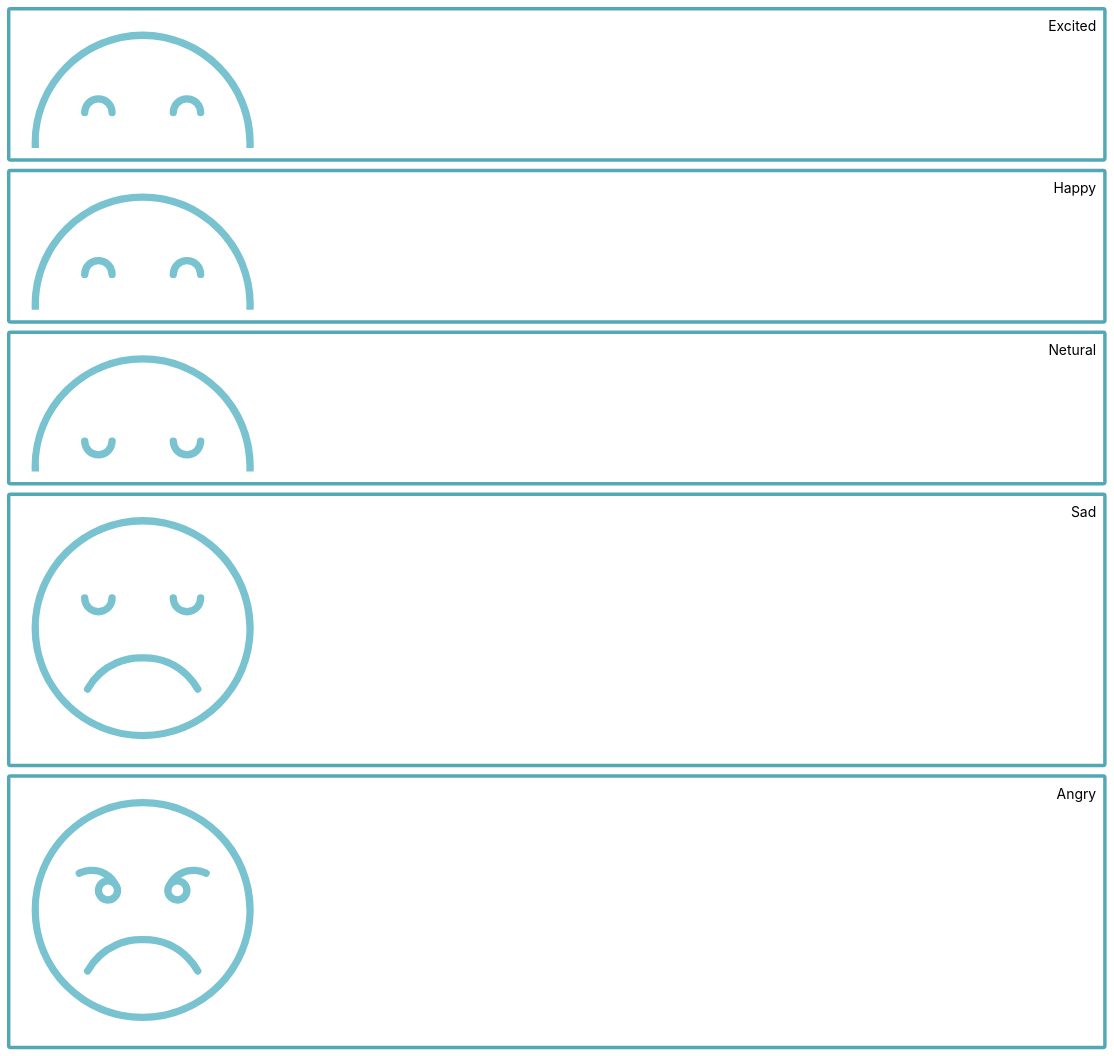
Repository: majakesin/moodify-app
Page: /
These files come from the project's save history. The page is drawn as it stood at one moment and after a run of saves; the edit follows.
The browser window is 1280 px wide. The pictures show the whole page, at 87% of full size.
The project was rebuilt for these pictures with package versions that can differ from the ones it lists, and the page was loaded fresh each time.

Above is the page before, as saved 2023-08-21 11:48:35.

### public/index.html
<!DOCTYPE html>
<html lang="en">
  <head>
    <meta charset="utf-8" />
    <link rel="icon" href="%PUBLIC_URL%/logo.svg" />
    <meta name="viewport" content="width=device-width, initial-scale=1" />
    <meta name="theme-color" content="#000000" />
    <meta
      name="description"
      content="Moodify -- App that gives yours ears the best music based on your mood"
    />
    <link rel="apple-touch-icon" href="%PUBLIC_URL%/logo.svg" />
    <!--
      manifest.json provides metadata used when your web app is installed on a
      user's mobile device or desktop. See https://developers.google.com/web/fundamentals/web-app-manifest/
    -->
    <link rel="manifest" href="%PUBLIC_URL%/manifest.json" />
    <!--
      Notice the use of %PUBLIC_URL% in the tags above.
      It will be replaced with the URL of the `public` folder during the build.
      Only files inside the `public` folder can be referenced from the HTML.

      Unlike "/favicon.ico" or "favicon.ico", "%PUBLIC_URL%/favicon.ico" will
      work correctly both with client-side routing and a non-root public URL.
      Learn how to configure a non-root public URL by running `npm run build`.
    -->
    <title>Moodify</title>
  </head>
  <body>
    <noscript>You need to enable JavaScript to run this app.</noscript>
    <div id="root"></div>
    <!--
      This HTML file is a template.
      If you open it directly in the browser, you will see an empty page.

      You can add webfonts, meta tags, or analytics to this file.
      The build step will place the bundled scripts into the <body> tag.

      To begin the development, run `npm start` or `yarn start`.
      To create a production bundle, use `npm run build` or `yarn build`.
    -->
  </body>
</html>

### src/App.js
import './App.css';
import {moods}  from 'src/data/moods'
import Mood from './components/Mood';

function App() {
  return (
    <div className="App">
      {moods.map(({type,icon}) => {
        return (<Mood type={type} icon={icon} />)
      })}
    </div>
  );
}

export default App;

### src/data/moods.js
export const moods = [
    {
        type: 'Excited',
        icon: <svg id="SvgjsSvg1081" xmlns="http://www.w3.org/2000/svg" version="1.1" xmlnsXlink="http://www.w3.org/1999/xlink" xmlnsSvgjs="http://svgjs.com/svgjs">
                <defs id="SvgjsDefs1082"></defs>
                <g id="SvgjsG1083">
                    <svg xmlns="http://www.w3.org/2000/svg" data-name="Layer 1" viewBox="0 0 512 512" width="288" height="288">
                        <path fill="currentcolor" d="M416.51318,95.48682A226.99992,226.99992,0,1,0,95.48682,416.51318,226.99992,226.99992,0,1,0,416.51318,95.48682ZM256,468C139.103,468,44,372.897,44,256S139.103,44,256,44s212,95.103,212,212S372.897,468,256,468ZM137.5,202a7.50006,7.50006,0,0,0,7.5-7.5,20.5,20.5,0,0,1,41,0,7.5,7.5,0,0,0,15,0,35.5,35.5,0,0,0-71,0A7.50006,7.50006,0,0,0,137.5,202Zm181,0a7.50006,7.50006,0,0,0,7.5-7.5,20.5,20.5,0,0,1,41,0,7.5,7.5,0,0,0,15,0,35.5,35.5,0,0,0-71,0A7.50006,7.50006,0,0,0,318.5,202Zm69.95947,82.13037a7.49875,7.49875,0,0,0-7.27832-.356A284.51645,284.51645,0,0,1,257.5,313h-1.48a284.55042,284.55042,0,0,1-125.2002-29.2251A7.4999,7.4999,0,0,0,120,290.5a132.31839,132.31839,0,0,0,79.15625,121.32324A131.47888,131.47888,0,0,0,252.5,423h7a132.5854,132.5854,0,0,0,127.794-97.37988A133.06894,133.06894,0,0,0,392,290.5,7.5003,7.5003,0,0,0,388.45947,284.13037ZM259.5,408h-7a116.58888,116.58888,0,0,1-46.02222-9.36157C219.72205,391.8783,237.33752,388,256.002,388c18.66236,0,36.27466,3.87708,49.51734,10.63538A116.56076,116.56076,0,0,1,259.5,408Zm83.08691-34.41309a117.56809,117.56809,0,0,1-21.38024,16.93219C305.07166,379.48517,281.17847,373,256.002,373c-25.18383,0-49.0852,6.48932-65.22168,17.52966a116.81051,116.81051,0,0,1-46.07495-53.13611,299.90773,299.90773,0,0,0,111.31323,21.61036c.5044,0,1.01612-.00147,1.52051-.00391A300.023,300.023,0,0,0,367.2478,337.40454,117.86031,117.86031,0,0,1,342.58691,373.58691ZM373.6593,318.347A284.8703,284.8703,0,0,1,257.46094,344c-.49219.00293-.97412.00391-1.46387.00391a284.90227,284.90227,0,0,1-117.65942-25.65967,117.74477,117.74477,0,0,1-2.72388-15.77832A299.64178,299.64178,0,0,0,256.02,328h1.519a299.80874,299.80874,0,0,0,118.84668-25.43555A117.6884,117.6884,0,0,1,373.6593,318.347Z" class="color2c2b2d svgShape"></path>
                    </svg>
                </g>
             </svg>
    },
    {
        type: 'Happy',
        icon: <svg id="SvgjsSvg1102" xmlns="http://www.w3.org/2000/svg" version="1.1" xmlnsXlink="http://www.w3.org/1999/xlink" xmlnsSvgjs="http://svgjs.com/svgjs">
                <defs id="SvgjsDefs1103"></defs>
                <g id="SvgjsG1104">
                    <svg xmlns="http://www.w3.org/2000/svg" data-name="Layer 1" viewBox="0 0 512 512" width="288" height="288">
                        <path fill="currentcolor" d="M382.042,299.40674a7.496,7.496,0,0,0-9.21582,5.251A117.42927,117.42927,0,0,1,259.5,391h-7a117.41578,117.41578,0,0,1-113.32715-86.33447,7.49971,7.49971,0,1,0-14.46484,3.96875A132.417,132.417,0,0,0,252.5,406h7a132.58733,132.58733,0,0,0,127.793-97.37744A7.4999,7.4999,0,0,0,382.042,299.40674ZM416.51367,95.48682A227.00026,227.00026,0,0,0,95.48633,416.51318,227.00026,227.00026,0,0,0,416.51367,95.48682ZM256,468C139.10254,468,44,372.897,44,256S139.10254,44,256,44s212,95.103,212,212S372.89746,468,256,468ZM137.5,202a7.49974,7.49974,0,0,0,7.5-7.5,20.5,20.5,0,0,1,41,0,7.5,7.5,0,0,0,15,0,35.5,35.5,0,0,0-71,0A7.49974,7.49974,0,0,0,137.5,202Zm181,0a7.49974,7.49974,0,0,0,7.5-7.5,20.5,20.5,0,0,1,41,0,7.5,7.5,0,0,0,15,0,35.5,35.5,0,0,0-71,0A7.49974,7.49974,0,0,0,318.5,202Z" class="color2c2b2d svgShape"></path>
                    </svg>
                </g>
            </svg> ,
    },
    {
        type: 'Netural',
        icon: <svg id="SvgjsSvg1123" xmlns="http://www.w3.org/2000/svg" version="1.1" xmlnsXlink="http://www.w3.org/1999/xlink" xmlnsSvgjs="http://svgjs.com/svgjs">
                <defs id="SvgjsDefs1124"></defs>
                <g id="SvgjsG1125">
                    <svg xmlns="http://www.w3.org/2000/svg" data-name="Layer 1" viewBox="0 0 512 512" width="288" height="288">
                        <path fill="currentcolor" d="M201,204.5a7.5,7.5,0,0,0-15,0,20.5,20.5,0,0,1-41,0,7.5,7.5,0,0,0-15,0,35.5,35.5,0,0,0,71,0ZM374.5,197a7.50006,7.50006,0,0,0-7.5,7.5,20.5,20.5,0,0,1-41,0,7.5,7.5,0,0,0-15,0,35.5,35.5,0,0,0,71,0A7.50006,7.50006,0,0,0,374.5,197ZM416.51318,95.48682A226.99992,226.99992,0,1,0,95.48682,416.51318,226.99992,226.99992,0,1,0,416.51318,95.48682ZM256,468C139.103,468,44,372.897,44,256S139.103,44,256,44s212,95.103,212,212S372.897,468,256,468Zm90-123H166a7.5,7.5,0,0,0,0,15H346a7.5,7.5,0,0,0,0-15Z" class="color2c2b2d svgShape"></path>
                    </svg>
                </g>
            </svg>,
    },
    {
        type: 'Sad',
        icon: <svg id="SvgjsSvg1193" width="288" height="288" xmlns="http://www.w3.org/2000/svg" version="1.1" xmlnsXlink="http://www.w3.org/1999/xlink" xmlnsSvgjs="http://svgjs.com/svgjs">
                <defs id="SvgjsDefs1194"></defs>
                <g id="SvgjsG1195">
                    <svg xmlns="http://www.w3.org/2000/svg" data-name="Layer 1" viewBox="0 0 512 512" width="288" height="288">
                         <path fill="currentcolor" d="M165.5,230A35.54028,35.54028,0,0,0,201,194.5a7.5,7.5,0,0,0-15,0,20.5,20.5,0,0,1-41,0,7.5,7.5,0,0,0-15,0A35.54028,35.54028,0,0,0,165.5,230Zm209-43a7.50006,7.50006,0,0,0-7.5,7.5,20.5,20.5,0,0,1-41,0,7.5,7.5,0,0,0-15,0,35.5,35.5,0,0,0,71,0A7.50006,7.50006,0,0,0,374.5,187ZM353.19336,347.94678A132.16887,132.16887,0,0,0,259.5,309.14014h-7a131.47793,131.47793,0,0,0-53.34082,11.17529,133.55143,133.55143,0,0,0-62.24854,56.51221,7.50013,7.50013,0,0,0,13.07911,7.34472,118.4576,118.4576,0,0,1,55.21435-50.1289A116.57358,116.57358,0,0,1,252.5,324.14014h7a117.16738,117.16738,0,0,1,83.08691,34.41308,117.92616,117.92616,0,0,1,19.42432,25.62061,7.5,7.5,0,0,0,13.07715-7.34766A132.92018,132.92018,0,0,0,353.19336,347.94678Zm63.31982-252.46A226.99992,226.99992,0,1,0,95.48682,416.51318,226.99992,226.99992,0,1,0,416.51318,95.48682ZM256,468C139.103,468,44,372.897,44,256S139.103,44,256,44s212,95.103,212,212S372.897,468,256,468Z" class="color2c2b2d svgShape"></path>
                    </svg>
                </g>
            </svg>,
    },
    {
        type: 'Angry',
        icon: <svg id="SvgjsSvg1217" width="288" height="288" xmlns="http://www.w3.org/2000/svg" version="1.1" xmlnsXlink="http://www.w3.org/1999/xlink" xmlnSvgjs="http://svgjs.com/svgjs">
                <defs id="SvgjsDefs1218"></defs>
                     <g id="SvgjsG1219">
                        <svg xmlns="http://www.w3.org/2000/svg" data-name="Layer 1" viewBox="0 0 512 512" width="288" height="288">
                            <path fill="currentcolor" d="M353.19336,347.94629A132.1737,132.1737,0,0,0,259.5,309.13965h-7a131.5101,131.5101,0,0,0-53.3418,11.17578,133.55212,133.55212,0,0,0-62.24707,56.51172,7.49995,7.49995,0,0,0,13.07813,7.3457A118.46814,118.46814,0,0,1,205.20313,334.043,116.60013,116.60013,0,0,1,252.5,324.13965h7a117.16506,117.16506,0,0,1,83.08691,34.41406,117.92838,117.92838,0,0,1,19.42481,25.62012,7.49957,7.49957,0,1,0,13.07617-7.34766A132.91978,132.91978,0,0,0,353.19336,347.94629ZM416.51367,95.48682A227.00044,227.00044,0,0,0,95.48633,416.51367,227.00044,227.00044,0,0,0,416.51367,95.48682ZM256,468C139.10254,468,44,372.89746,44,256,44,139.103,139.10254,44,256,44s212,95.103,212,212C468,372.89746,372.89746,468,256,468ZM175.12207,188.29736c.96533.53955,1.88086,1.10938,2.769,1.69336a27.02454,27.02454,0,1,0,28.58863,9.52246,62.7776,62.7776,0,0,0-24.04029-24.31005c-27.82519-15.55176-56.1748-2.73292-59.31445-1.21973a7.49994,7.49994,0,1,0,6.50977,13.51367C132.05762,186.33057,153.91113,176.44189,175.12207,188.29736ZM185.12012,204a12,12,0,1,1-12,12A12.01344,12.01344,0,0,1,185.12012,204ZM388.875,173.9834c-3.1416-1.51367-31.49121-14.33447-59.31348,1.21924a62.778,62.778,0,0,0-24.04126,24.31054,26.989,26.989,0,1,0,28.58887-9.52234c.88843-.58435,1.804-1.15429,2.76978-1.694,21.21191-11.85743,43.06347-1.96631,45.48632-.79981A7.49994,7.49994,0,1,0,388.875,173.9834ZM338.87988,216a12,12,0,1,1-12-12A12.01343,12.01343,0,0,1,338.87988,216Z" class="color2c2b2d svgShape"></path>
                        </svg>
                    </g>
            </svg>
    }
]

### src/components/Mood/index.jsx
import styles from './index.module.css';

const Mood = (props) => {

    const {type, icon} = props;

    return (
        <div className={styles.card}>
          <div className={styles.icon}>
            {icon}
          </div>
          <div>
            {type}
        </div>
        </div>
    )
};

export default Mood;

### src/components/Mood/index.module.css

@import '../../styles/variables.css';

.card {
    border: 4px solid var(--second-color);
    border-radius: 4px;
    margin: 8px;
    padding: 8px;
    display: flex;
    justify-content: space-between;
}

.icon {
    color: var(--third-color);
    width: 150px;
}

### src/styles/variables.css
:root,
    :root.blue {
        --first-color: #5585b5;
        --second-color: #53a8b6;
        --third-color: #79c2d0;
        --fourth-color: #bbe4e9;
    }
    :root.rainbow {
        --first-color: #cbf078;
        --second-color: #f8f398;
        --third-color: #f1b963;
        --fourth-color: #e46161;
    }
    :root.pink {
        --first-color: #45171d;
        --second-color: #e84a5f;
        --third-color: #ff847c;
        --fourth-color: #fecea8;

    }

Loaded but not shown: src/index.js (common file); src/index.css (common file); src/reportWebVitals.js (common file); src/App.css (common file)

After the next 2 saves:
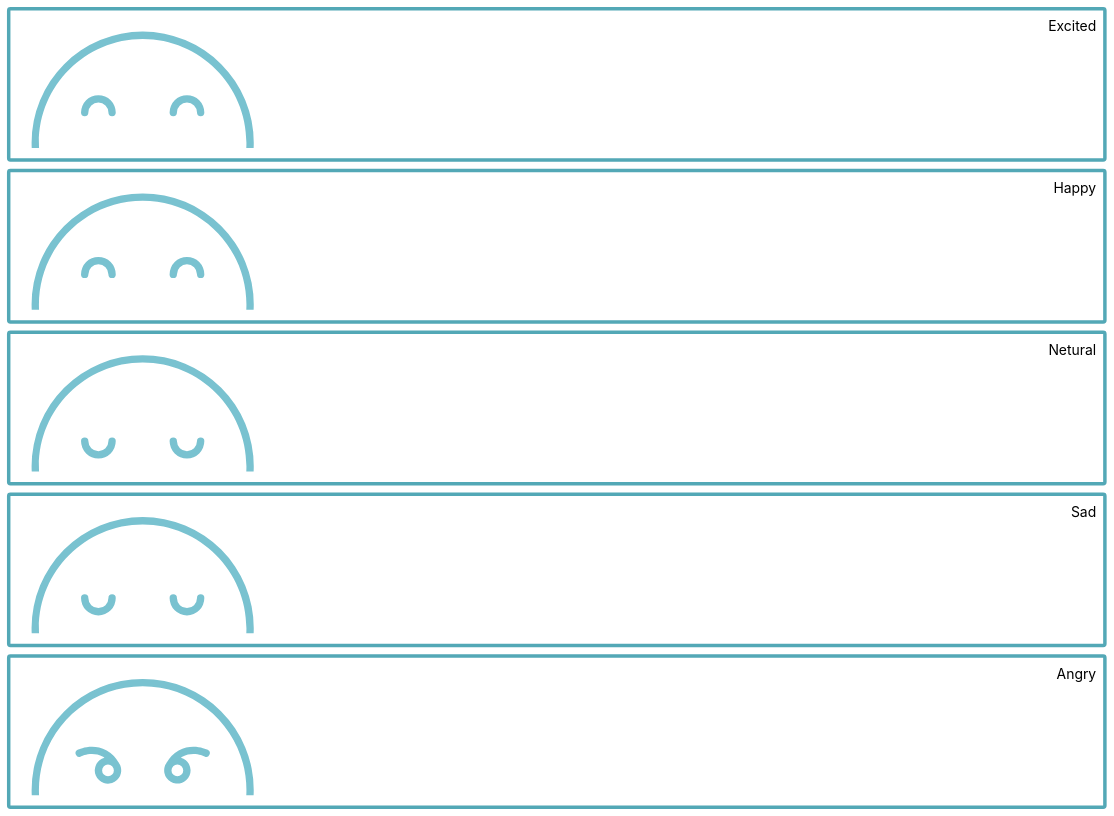
The 2 saves are shown as one change because they came seconds apart.
The last was saved 7 s later.
--- a/src/data/moods.js
+++ b/src/data/moods.js
@@ -34,7 +34,7 @@ export const moods = [
     },
     {
         type: 'Sad',
-        icon: <svg id="SvgjsSvg1193" width="288" height="288" xmlns="http://www.w3.org/2000/svg" version="1.1" xmlnsXlink="http://www.w3.org/1999/xlink" xmlnsSvgjs="http://svgjs.com/svgjs">
+        icon: <svg id="SvgjsSvg1193" xmlns="http://www.w3.org/2000/svg" version="1.1" xmlnsXlink="http://www.w3.org/1999/xlink" xmlnsSvgjs="http://svgjs.com/svgjs">
                 <defs id="SvgjsDefs1194"></defs>
                 <g id="SvgjsG1195">
                     <svg xmlns="http://www.w3.org/2000/svg" data-name="Layer 1" viewBox="0 0 512 512" width="288" height="288">
@@ -45,7 +45,7 @@ export const moods = [
     },
     {
         type: 'Angry',
-        icon: <svg id="SvgjsSvg1217" width="288" height="288" xmlns="http://www.w3.org/2000/svg" version="1.1" xmlnsXlink="http://www.w3.org/1999/xlink" xmlnSvgjs="http://svgjs.com/svgjs">
+        icon: <svg id="SvgjsSvg1217" xmlns="http://www.w3.org/2000/svg" version="1.1" xmlnsXlink="http://www.w3.org/1999/xlink" xmlnSvgjs="http://svgjs.com/svgjs">
                 <defs id="SvgjsDefs1218"></defs>
                      <g id="SvgjsG1219">
                         <svg xmlns="http://www.w3.org/2000/svg" data-name="Layer 1" viewBox="0 0 512 512" width="288" height="288">
